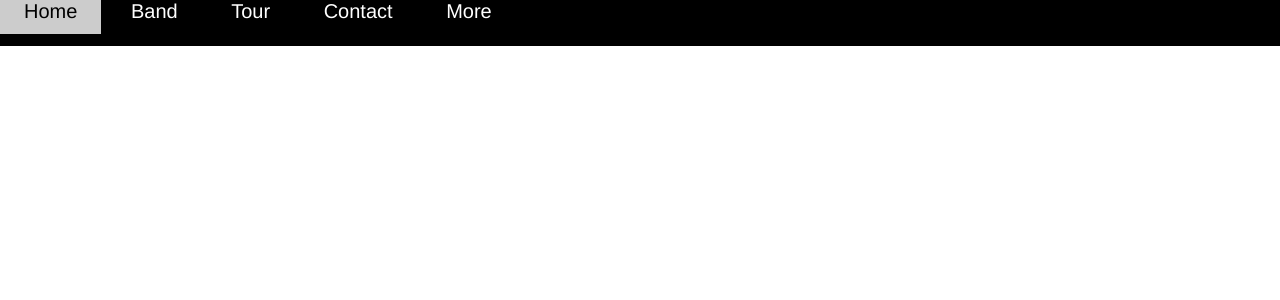
Repository: nugort/nugort.github.io
Page: f8/the-band/index.html
These files come from the project's save history. The page is drawn as it stood at one moment and after the next save; the edit follows.
The browser window is 1280 px wide. The pictures show the whole page.

Above is the page before, as saved 2022-02-07 00:41:46.

After the next save:
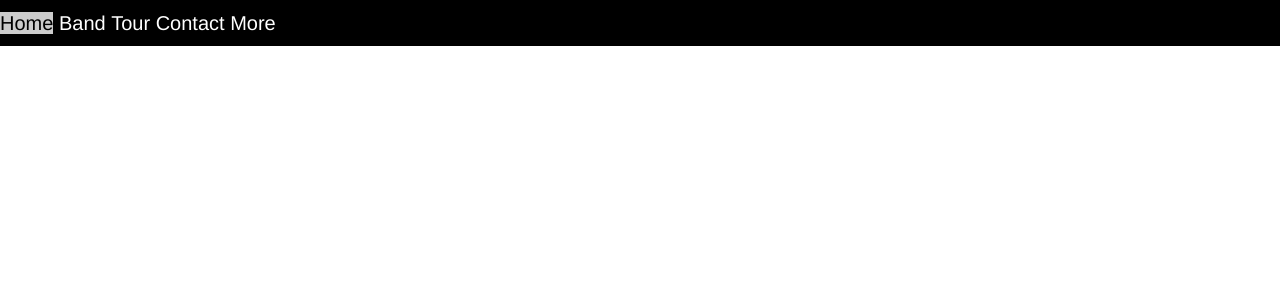
Saved 11 s later.
--- a/f8/the-band/assets/css/styles.css
+++ b/f8/the-band/assets/css/styles.css
@@ -82,8 +82,8 @@ Bôi đen điểm chung -> CTRL +  SHIFT + L -> Mũi tên qua phải ( > ) -> CT
 #nav li a {
     color: #FFFFFF;
     text-decoration: none;
-    /* line-height: 46px; */
-    padding: 12px 24px;
+    line-height: 46px;
+    /* padding: 12px 24px; */
 }
 
 #nav li:hover a {
